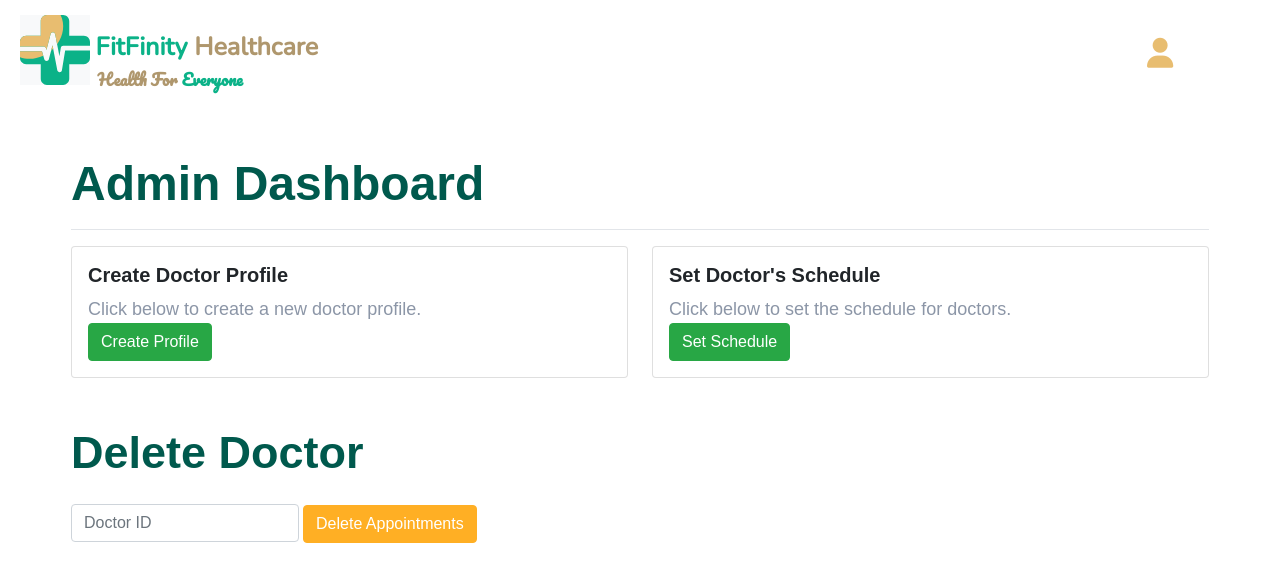
Repository: theonlymono/FitfinityHealthcareWebsiteJ2EE
Page: http://localhost/Fitfinity/adminDashboard.jsp
The author's editor kept a copy of each file at every save. The page is drawn from the files as they stood at one save, then again after a run of saves.
The browser window is 1280 px wide. The pictures show the whole page.
Some web fonts or font styles are not loaded; a fallback is used. The page is served by Tomcat 9.

Above is the page before, as saved 2024-02-28 21:09:28.
Console error (its wording comes from the project's code and is left out).

After the next 2 saves:
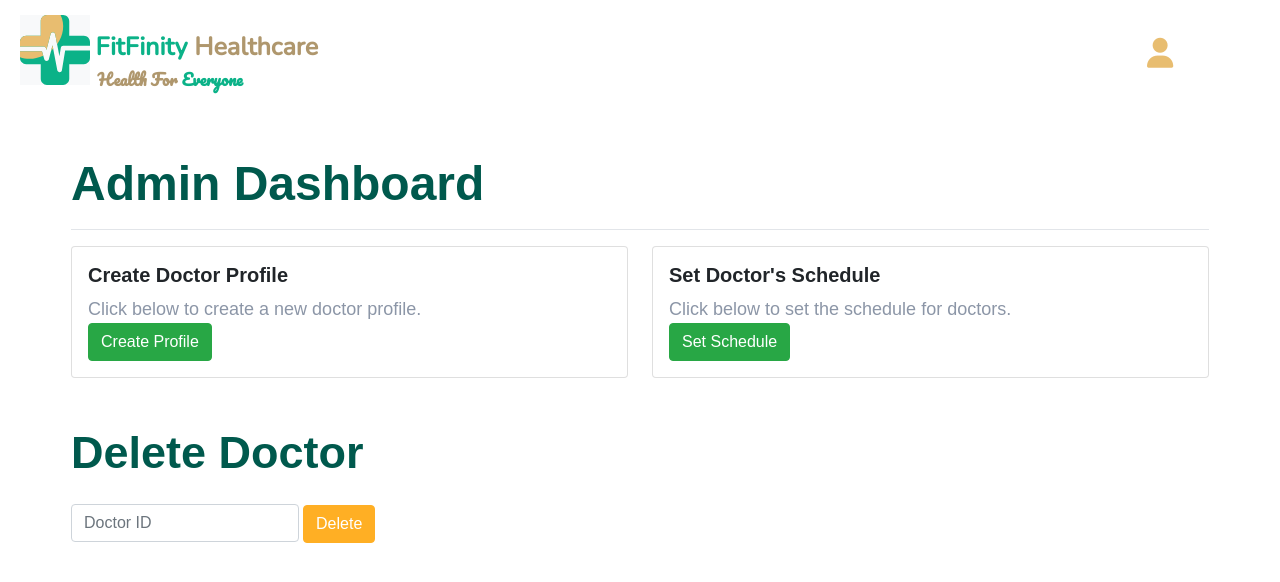
The 2 saves are shown as one change because they came seconds apart.
The last was saved 7 s later.
--- a/fitfinity/Fitfinity/WebContent/adminDashboard.jsp
+++ b/fitfinity/Fitfinity/WebContent/adminDashboard.jsp
@@ -176,7 +176,7 @@
         <div style="display: inline;" class="form-group">
           <input placeholder="Doctor ID" style="width: 20%; display: inline;" type="text" class="form-control" id="doctorID" name="doctorID" required>
         </div>
-        <button type="submit" class="btn btn-custom">Delete Appointments</button>
+        <button type="submit" class="btn btn-custom">Delete</button>
       </form>
     </div>
   </div>
